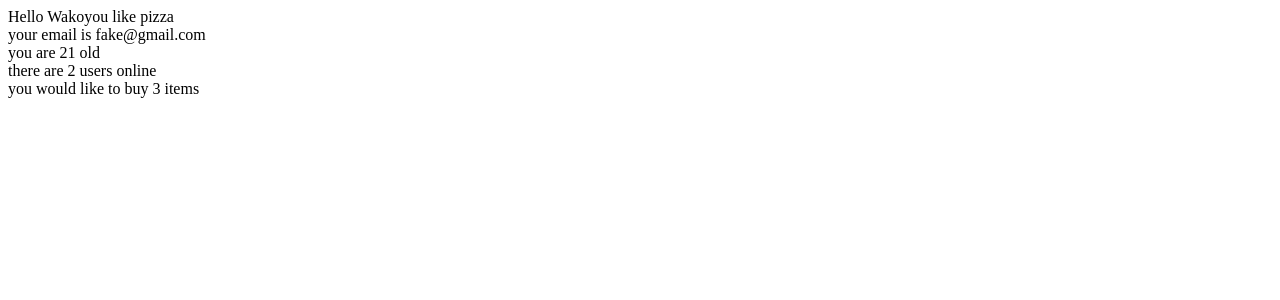
Repository: wakoya-tech/my-php-exercise
Page: http://localhost/
These files come from the project's save history. The page is drawn as it stood at one moment and after the next save; the edit follows.
The browser window is 1280 px wide. The pictures show the whole page.
The page is run by PHP 8.4 with error messages shown; the project is at /var/www/html/.

Above is the page before, as saved 2025-12-09 10:19:58.

### Documents/MyPhp/index.php
<?php
$name = "Wako";
$food = "pizza";
$email = "fake@gmail.com";
$age = 21;
$users = 2;
$quantity = 3;
echo "Hello {$name}";
echo "you like {$food} <br>";
echo "your email is {$email}<br>";
echo "you are {$age} old <br>";
echo "there are {$users} users online<br>";
echo "you would like to buy {$quantity} items ";

After the next save:
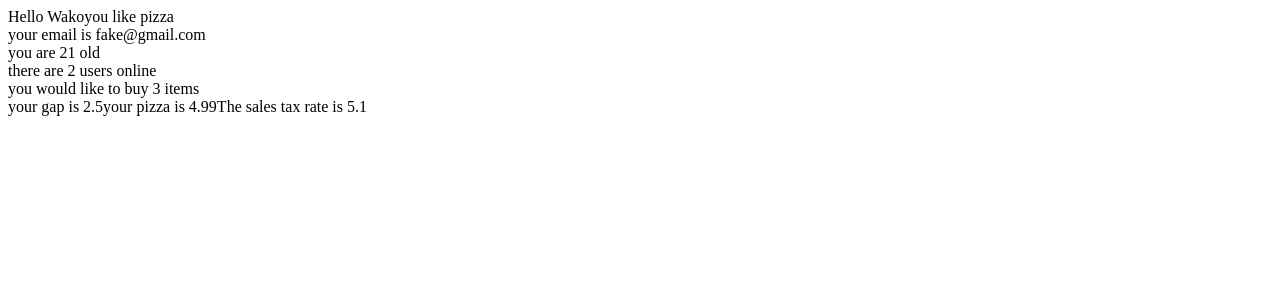
Saved 3 min 46 s later.
--- a/Documents/MyPhp/index.php
+++ b/Documents/MyPhp/index.php
@@ -5,9 +5,15 @@ $email = "fake@gmail.com";
 $age = 21;
 $users = 2;
 $quantity = 3;
+$gpa = 2.5;
+$price = 4.99;
+$tax_rate = 5.1;
 echo "Hello {$name}";
 echo "you like {$food} <br>";
 echo "your email is {$email}<br>";
 echo "you are {$age} old <br>";
 echo "there are {$users} users online<br>";
-echo "you would like to buy {$quantity} items ";
+echo "you would like to buy {$quantity} items <br>";
+echo "your gap is {$gpa}";
+echo "your pizza is {$price}";
+echo "The sales tax rate is {$tax_rate}";
